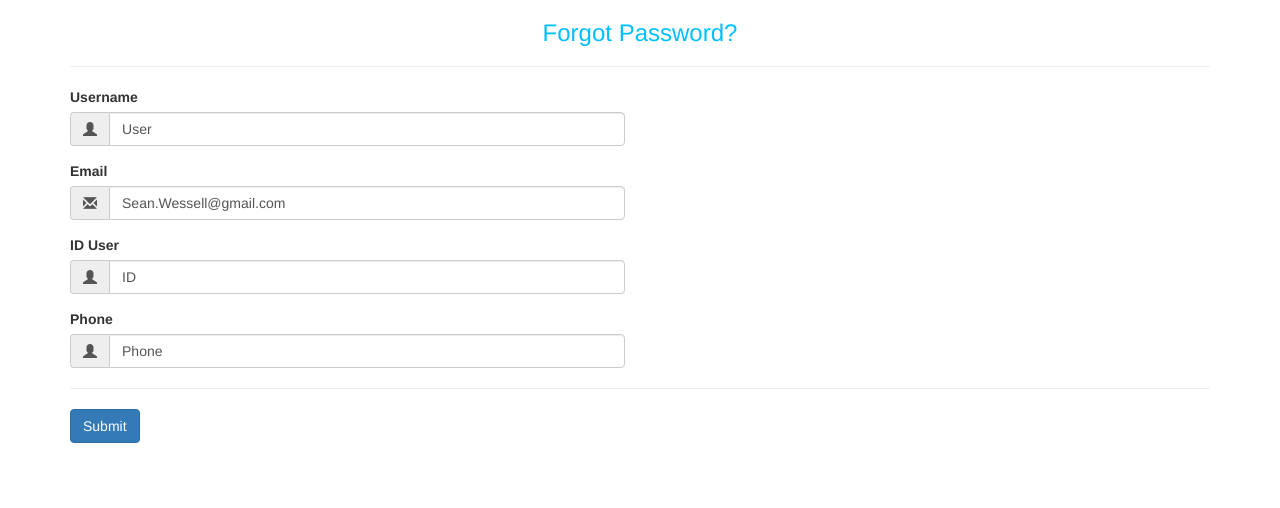
Repository: phamtailinh/webtintuc
Page: http://localhost/doicapdat/Quenmk.jsp
The author's editor kept a copy of each file at every save. The page is drawn from the files as they stood at one save, then again after the next save.
The browser window is 1280 px wide. The pictures show the whole page.
Some web libraries are served in a nearby version. The page is served by Tomcat 9.

Above is the page before, as saved 2022-01-07 08:48:44.
Console error (its wording comes from the project's code and is left out).

After the next save:
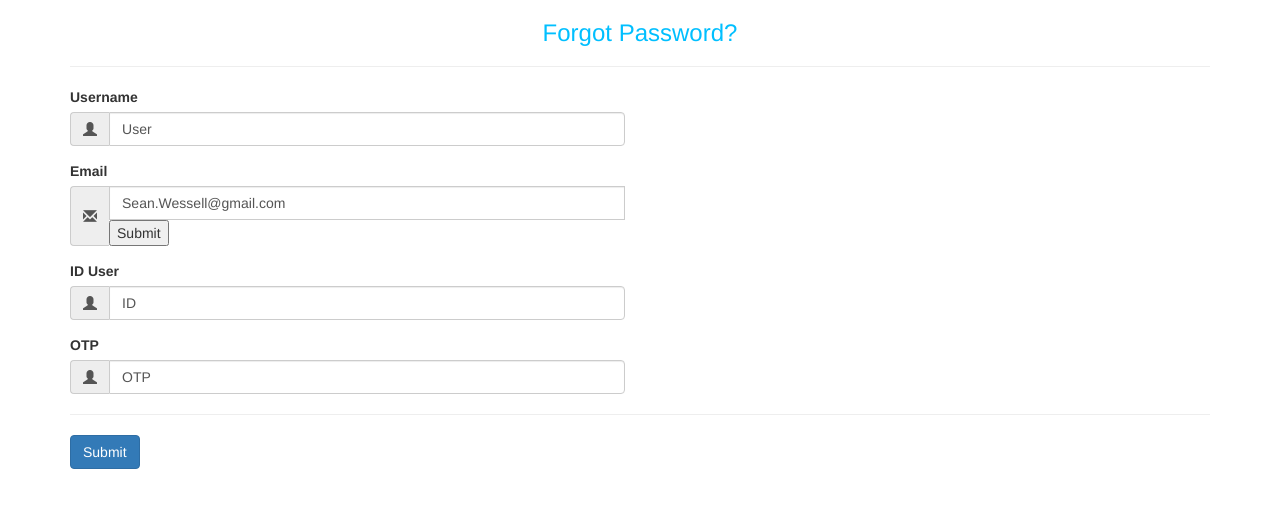
Saved 13 min 6 s later.
--- a/doicapdat/src/main/webapp/Quenmk.jsp
+++ b/doicapdat/src/main/webapp/Quenmk.jsp
@@ -107,6 +107,7 @@
 							class="form-control" name="Email" id="Email"
 							placeholder="Requested Email" required
 							value="Sean.Wessell@gmail.com">
+						<input type="submit" name="submit" id="submit" value="Submit" href="https://accounts.google.com/AccountChooser/signinchooser?service=mail&continue=https%3A%2F%2Fmail.google.com%2Fmail%2F&flowName=GlifWebSignIn&flowEntry=AccountChooser">
 					</div>
 				</div>
 				<div class="form-group">
@@ -118,12 +119,12 @@
 							placeholder="Requested Username" required value="ID">
 					</div>
             </div>
-             <label>Phone</label>
+             <label>OTP</label>
 					<div class="input-group">
 						<span class="input-group-addon"><span
 							class="glyphicon glyphicon-user"></span></span> <input type="text"
 							class="form-control" name="Username" id="Username"
-							placeholder="Requested Username" required value="Phone">
+							placeholder="Requested Username" required value="OTP">
 					</div>
             </div>
 
@@ -131,7 +132,7 @@
 			</div>
 			<hr>
 			<input type="submit" name="submit" id="submit" value="Submit"
-				class="btn btn-primary pull-left">
+				class="btn btn-primary pull-left" herf="#">
 		</div>
 	</div>
 	</div>
